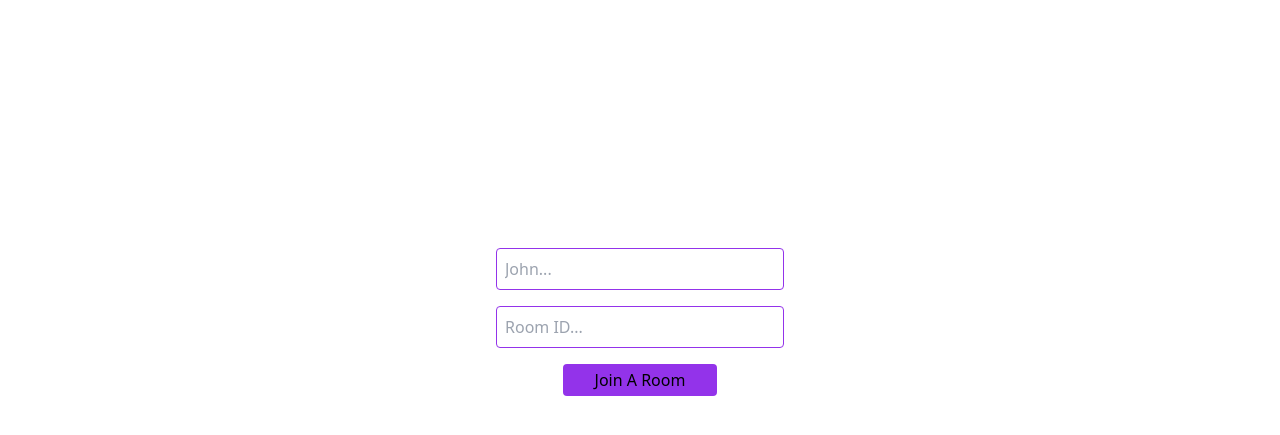
Repository: GabrielMorring/tictactoe
Page: /
An editor plug-in stored every save of this project. The page is shown before and after the next save, followed by the edit.
The browser window is 1280 px wide. The pictures show the whole page.
The page's requests for data from a server got no answer. The project was rebuilt for these pictures with package versions that can differ from the ones it lists, and the page was loaded fresh each time. No one was signed in, and anything a server would have sent is missing. Also part of the build but not shown: src/components/Square.jsx, src/components/Board.jsx.

Above is the page before, as saved 2022-06-20 10:29:26.

### src/App.js
import Board from "./components/Board";
import { useState } from "react";
import io from "socket.io-client";

const socket = io.connect("http://localhost:3001");

function App() {
  const [showBoard, setShowBoard] = useState(false);
  const [userName, setUserName] = useState("");
  const [room, setRoom] = useState("");

  const joinRoom = () => {
    if (userName !== "" && room !== "") {
      socket.emit("join_room", room);
      setShowBoard(true);
    } else {
      alert("Please enter a username and room");
    }
  };

  return (
    <div className="">
      {showBoard ? (
        <Board socket={socket} userName={userName} room={room} />
      ) : (
        <div className="flex flex-col w-72 mx-auto my-60 items-center">
          <input
            className="w-full p-2 m-2 border border-purple-600 rounded focus:outline-none"
            type="text"
            placeholder="John..."
            onChange={(e) => setUserName(e.target.value)}
          />
          <input
            className="w-full p-2 m-2 border border-purple-600 rounded focus:outline-none"
            type="text"
            placeholder="Room ID..."
            onChange={(e) => setRoom(e.target.value)}
          />
          <button
            className="bg-purple-600 px-8 py-1 m-2 rounded"
            onClick={joinRoom}
          >
            Join A Room
          </button>
        </div>
      )}
    </div>
  );
}

export default App;

Loaded but not shown: public/index.html (common file); src/index.js (common file); src/index.css (common file); src/reportWebVitals.js (common file); tailwind.config.js (common file)

After the next save:
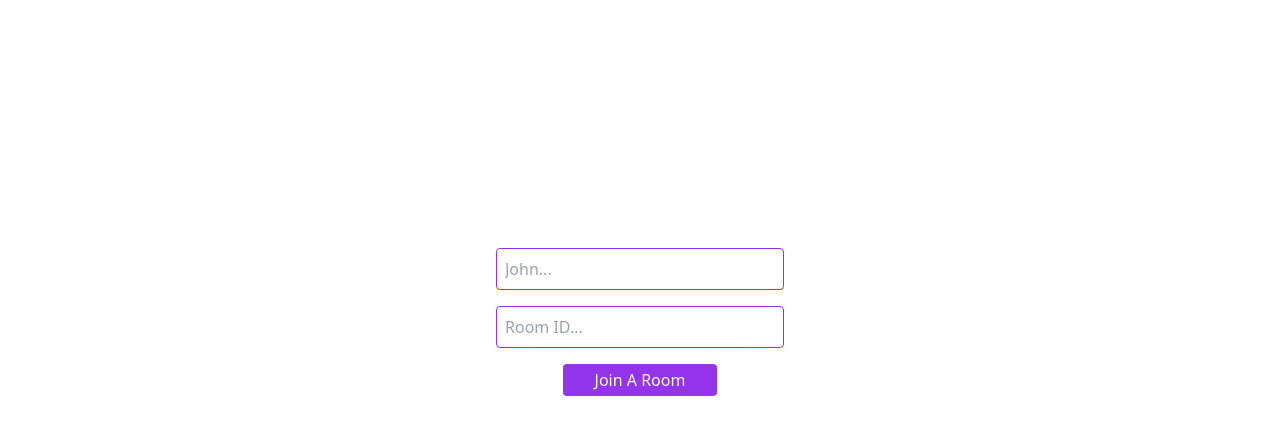
Saved 13 s later.
--- a/src/App.js
+++ b/src/App.js
@@ -37,7 +37,7 @@ function App() {
             onChange={(e) => setRoom(e.target.value)}
           />
           <button
-            className="bg-purple-600 px-8 py-1 m-2 rounded"
+            className="bg-purple-600 px-8 py-1 m-2 rounded text-white"
             onClick={joinRoom}
           >
             Join A Room
